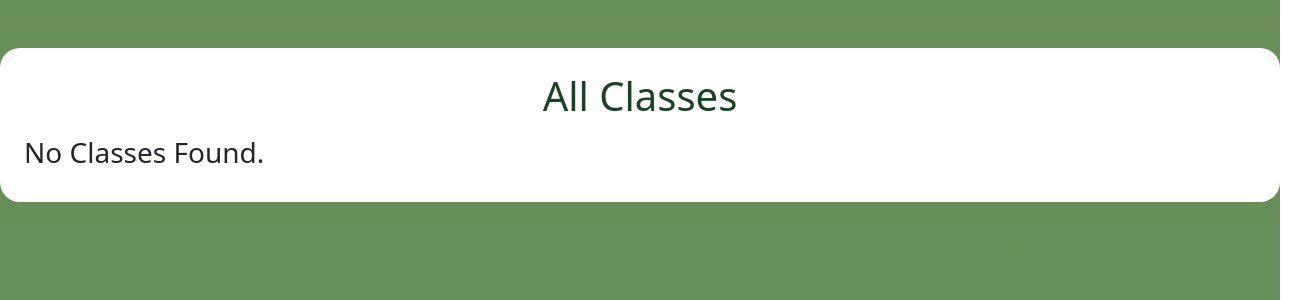
Repository: ronetteguevara/CalTech-ZumbaApp
Page: http://localhost/ZumbaApp/ViewClasses.jsp
An editor plug-in stored every save of this project. The page is shown before and after the next save, followed by the edit.
The browser window is 1280 px wide. The page is 1280 px wide, then 1304 px, so the pictures cover 1304 px, including what lies to the right of the window. The pictures show the whole page.
The page is served by Tomcat 10. Other server files are loaded and not shown. Queries for data that is not in the repository find no rows.

Above is the page before, as saved 2024-05-03 02:02:21.

### ZumbaApp/ZumbaApp/src/main/webapp/ViewClasses.jsp
<%@ page contentType="text/html;charset=UTF-8" language="java" %>
<%@ page import="java.util.ArrayList, com.zumbaapp.servlet.db.DB, com.zumbaapp.servlet.model.Classes" %>
<html>
<head>
    <title>All Classes</title>
<link rel="stylesheet" href="css/bootstrap.css"></link>
<link rel="stylesheet" href="style.css"></link>
</head>
<body class="gradient-background justify-content-center">

        <div class="my-4 d-flex justify-content-center col-xl-12 col-lg-12 col-md-12 col-sm-12 col-12">
        <div class="container-fluid my-4 px-4 py-4 justify-content-center" style="background-color: white; border-radius: 20px;">
        <h1 class="mb-3" style="text-align: center;">All Classes</h1>

        <%
            DB db = new DB();
            ArrayList<Classes> zumbaClasses = db.fetchAllClasses();
            db.closeConnection();

            if (zumbaClasses != null && zumbaClasses.size() > 0) {
                out.print("<table class='table table-hover'>");
                out.print("<thead>");
                out.print("<tr>");
                out.print("<th scope='col'>ID</th>");
                out.print("<th scope='col'>Name</th>");
                out.print("<th scope='col'>Session</th>");
                out.print("<th scope='col'>Date</th>");
                out.print("<th scope='col'>Start Time</th>");
                out.print("<th scope='col'>End Time</th>");
                out.print("<th scope='col'>Location</th>");
                out.print("<th scope='col'>Actions</th>");
                out.print("</tr>");
                out.print("</thead>");
                out.print("<tbody>");


                for (Classes classes : zumbaClasses) {
                    out.print("<tr>");
                    out.print("<td>" + classes.id + "</td>");
                    out.print("<td>" + classes.name + "</td>");
                    out.print("<td>" + classes.session + "</td>");
                    out.print("<td>" + classes.date + "</td>");
                    out.print("<td>" + classes.startTime + "</td>");
                    out.print("<td>" + classes.endTime + "</td>");
                    out.print("<td>" + classes.location + "</td>");
                    out.print("<td><a href='DeleteClasses?id=" + classes.id + "'>Delete</a> | <a href='EditClass.jsp?id=" + classes.id + "'>Edit</a></td>");
                    out.print("</tr>");
                }
                out.print("</tbody>");
                out.print("</table>");
            } else {
                out.print("<h3>No Classes Found.</h3>");
            }

            out.print("</div>");
            out.print("</div>");
        %>

</body>
</html>

### ZumbaApp/ZumbaApp/src/main/java/com/zumbaapp/servlet/db/DB.java
package com.zumbaapp.servlet.db;

import java.sql.Connection;
import java.sql.DriverManager;
import java.sql.PreparedStatement;
import java.sql.ResultSet;
import java.util.ArrayList;

import com.zumbaapp.servlet.model.Classes;
import com.zumbaapp.servlet.model.Participant;

public class DB {

		Connection connection;
		PreparedStatement preparedStatement;

		public DB() {
			try {
				Class.forName("com.mysql.cj.jdbc.Driver");
				System.out.println("[DB] Driver Loaded");

				connection = DriverManager.getConnection("jdbc:mysql://127.0.0.1:3306/zumba_management", "root", "201155876");
				System.out.println("[DB] Connection created");
			}
			catch(Exception e) {
				System.out.println("Something went wrong: " + e);
			}
		}

		public void closeConnection() {
			try {
				connection.close();
				System.out.println("[DB] Connection to DB closed");
			}
			catch(Exception e) {
				System.out.println("Something went wrong: " + e);
			}
		}

		public int addClasses(Classes classes) {
			int result = 0;

			try {
			String sql = "INSERT INTO Classes VALUES (null, ?, ?, ?, ?, ?, ?)";
			preparedStatement = connection.prepareStatement(sql);
			preparedStatement.setString(1, classes.name);
			preparedStatement.setString(2, classes.session);
			preparedStatement.setString(3, classes.date);
			preparedStatement.setString(4, classes.startTime);
			preparedStatement.setString(5, classes.endTime);
			preparedStatement.setString(6, classes.location);

			result = preparedStatement.executeUpdate();

			}
			catch(Exception e) {
				System.out.println("Something went wrong: " + e);
			}
			return result;
		}

		public int addParticipant(Participant participant) {
			int result = 0;

			try {
			String sql = "INSERT INTO Participant VALUES (null, ?, ?, ?, ?, ?)";
			preparedStatement = connection.prepareStatement(sql);
			preparedStatement.setString(1, participant.firstName);
			preparedStatement.setString(2, participant.lastName);
			preparedStatement.setString(3, participant.email);
			preparedStatement.setString(4, participant.phone);
			preparedStatement.setString(5, participant.zumbaClass);

			result = preparedStatement.executeUpdate();

			}
			catch(Exception e) {
				System.out.println("Something went wrong: " + e);
			}
			return result;
		}

		public ArrayList<Classes> fetchAllClasses() {
			ArrayList<Classes> zumbaClasses = new ArrayList<>();
			try {
				String sql = "SELECT * FROM Classes";
				preparedStatement = connection.prepareStatement(sql);

				ResultSet set = preparedStatement.executeQuery();

				while(set.next()) {
					Classes classes = new Classes();
					classes.id = set.getInt(1);
					classes.name = set.getString(2);
					classes.session = set.getString(3);
					classes.date = set.getString(4);
					classes.startTime = set.getString(5);
					classes.endTime = set.getString(6);
					classes.location = set.getString(7);

					zumbaClasses.add(classes);

				}
			}
			catch(Exception e) {
				System.out.println("Something went wrong: " + e);

			}
			return zumbaClasses;
		}

		public ArrayList<Participant> fetchAllParticipants() {
			ArrayList<Participant> zumbaParticipants = new ArrayList<>();
			try {
				String sql = "SELECT * FROM Participant";
				preparedStatement = connection.prepareStatement(sql);

				ResultSet set = preparedStatement.executeQuery();

				while(set.next()) {
					Participant participant = new Participant();
					participant.id = set.getInt(1);
					participant.firstName = set.getString(2);
					participant.lastName = set.getString(3);
					participant.email = set.getString(4);
					participant.phone = set.getString(5);
					participant.zumbaClass = set.getString(6);

					zumbaParticipants.add(participant);
				}
			}
			catch(Exception e) {
				System.out.println("Something went wrong: " + e);

			}
			return zumbaParticipants;
		}

		public int deleteClasses(int id) {
			int result = 0;
			try {
				String sql = "DELETE FROM Classes WHERE id=?";
				preparedStatement = connection.prepareStatement(sql);
				preparedStatement.setInt(1, id);

				preparedStatement.executeUpdate();

				result = preparedStatement.executeUpdate();

			}
			catch(Exception e) {
				System.out.println("Something went wrong: " + e);
			}
			return result;
	}

		public int deleteParticipant(int id) {
			int result = 0;
			try {
				String sql = "DELETE FROM Participant WHERE id=?";
				preparedStatement = connection.prepareStatement(sql);
				preparedStatement.setInt(1, id);

				preparedStatement.executeUpdate();

				result = preparedStatement.executeUpdate();

			}
			catch(Exception e) {
				System.out.println("Something went wrong: " + e);
			}
			return result;
	}

		public Classes fetchClass(int id) {

			Classes classes = new Classes();

			try {
				String sql = "SELECT * FROM Classes WHERE id=?";
				preparedStatement = connection.prepareStatement(sql);
				preparedStatement.setInt(1, id);

				ResultSet set = preparedStatement.executeQuery();

				while(set.next()) {
					classes.id = set.getInt(1);
					classes.name = set.getString(2);
					classes.session = set.getString(3);
					classes.date = set.getString(4);
					classes.startTime = set.getString(5);
					classes.endTime = set.getString(6);
					classes.location = set.getString(7);
				}
			}
			catch(Exception e) {
				System.out.println("Something went wrong: " + e);

			}
			return classes;
		}

		public Participant fetchParticipant(int id) {
			Participant participant = new Participant();
			try {
				String sql = "SELECT * FROM Participant WHERE id=?";
				preparedStatement = connection.prepareStatement(sql);
				preparedStatement.setInt(1, id);

				ResultSet set = preparedStatement.executeQuery();

				while(set.next()) {
					participant.id = set.getInt(1);
					participant.firstName = set.getString(2);
					participant.lastName = set.getString(3);
					participant.email = set.getString(4);
					participant.phone = set.getString(5);
					participant.zumbaClass = set.getString(6);
				}
			}
			catch(Exception e) {
				System.out.println("Something went wrong: " + e);

			}
			return participant;
		}

		public int saveClasses (Classes classes) {
			int result = 0;

			try {
				String sql = "UPDATE Classes SET name = ?, session = ?, date = ?, startTime = ?, endTime = ?, location = ? WHERE id=?";
				preparedStatement = connection.prepareStatement(sql);
				preparedStatement.setString(1, classes.name);
				preparedStatement.setString(2, classes.session);
				preparedStatement.setString(3, classes.date);
				preparedStatement.setString(4, classes.startTime);
				preparedStatement.setString(5, classes.endTime);
				preparedStatement.setString(6, classes.location);
				preparedStatement.setInt(7, classes.id);

				result = preparedStatement.executeUpdate();

			}
			catch(Exception e) {
				System.out.println("Something went wrong: " + e);
			}

			return result;
		}

		public int saveParticipant (Participant participant) {
			int result = 0;

			try {
				String sql = "UPDATE Participant SET firstName = ?, lastName = ?, email = ?, phone = ?, zumbaClass = ? WHERE id=?";
				preparedStatement = connection.prepareStatement(sql);
				preparedStatement.setString(1, participant.firstName);
				preparedStatement.setString(2, participant.lastName);
				preparedStatement.setString(3, participant.email);
				preparedStatement.setString(4, participant.phone);
				preparedStatement.setString(5, participant.zumbaClass);
				preparedStatement.setInt(6, participant.id);

				result = preparedStatement.executeUpdate();

			}
			catch(Exception e) {
				System.out.println("Something went wrong: " + e);
			}

			return result;
		}

}

### ZumbaApp/ZumbaApp/src/main/webapp/style.css
@charset "UTF-8";

.button {
  background-color: #458933;
  border: none;
}

.button:hover {
  background-color: #82c360;
}

a {
  color: #458933;
}

a:hover {
 color: #82c360;
}

a:visited {
  color: #1a4324;
}

h1 {
	color: #1a4324;
}

footer {
	background-color: white;
}

.gradient-background {
  background: linear-gradient(0deg, #74d3ae, #678d58, #a6c48a);
  background-size: 1000% 1000%;

  -webkit-animation: AnimationName 8s ease infinite;
  -moz-animation: AnimationName 8s ease infinite;
  animation: AnimationName 8s ease infinite;
}

@-webkit-keyframes AnimationName {
  0%{background-position:0% 35%}
  50%{background-position:100% 66%}
  100%{background-position:0% 35%}
}
@-moz-keyframes AnimationName {
  0%{background-position:0% 35%}
  50%{background-position:100% 66%}
  100%{background-position:0% 35%}
}
@keyframes AnimationName {
  0%{background-position:0% 35%}
  50%{background-position:100% 66%}
  100%{background-position:0% 35%}

}

Loaded but not shown: ZumbaApp/ZumbaApp/src/main/webapp/css/bootstrap.css (library)

After the next save:
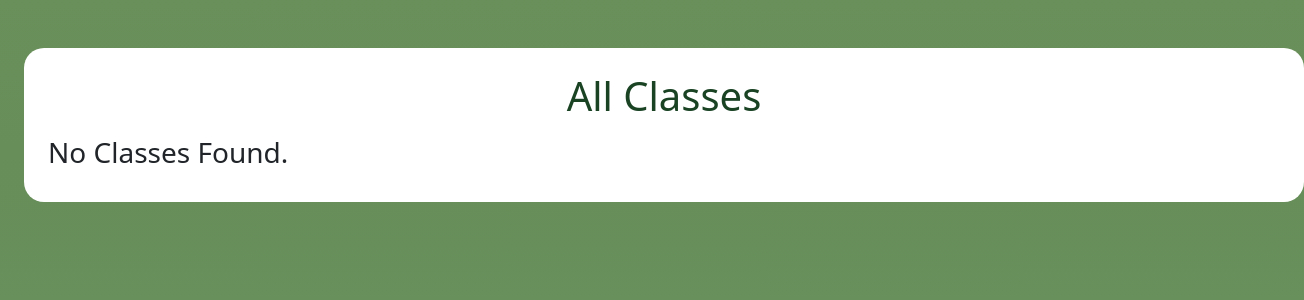
Saved 34 s later.
--- a/ZumbaApp/ZumbaApp/src/main/webapp/ViewClasses.jsp
+++ b/ZumbaApp/ZumbaApp/src/main/webapp/ViewClasses.jsp
@@ -8,7 +8,7 @@
 </head>
 <body class="gradient-background justify-content-center">
 
-        <div class="my-4 d-flex justify-content-center col-xl-12 col-lg-12 col-md-12 col-sm-12 col-12">
+        <div class="my-4 mx-4 d-flex justify-content-center col-xl-12 col-lg-12 col-md-12 col-sm-12 col-12">
         <div class="container-fluid my-4 px-4 py-4 justify-content-center" style="background-color: white; border-radius: 20px;">
         <h1 class="mb-3" style="text-align: center;">All Classes</h1>
 
